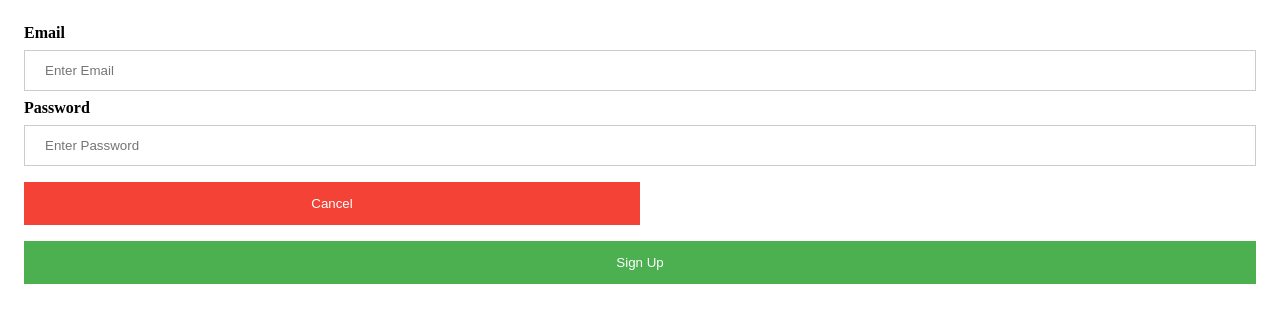
Repository: TheMadCoder1/hw-balancer
Page: HW/login.html
The author's editor kept a record of every edit. The page is drawn from the files as they stood at one moment, then again after the next edit.
The browser window is 1280 px wide. The pictures show the whole page.

Above is the page before.

After the next edit:
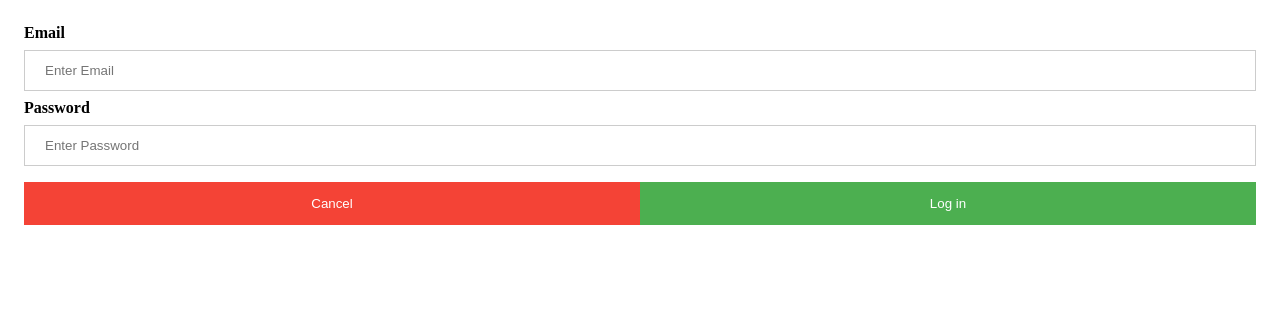
The edit:
--- a/HW/login.html
+++ b/HW/login.html
@@ -12,8 +12,8 @@
     <input type="password" placeholder="Enter Password" name="psw" required>
 
     <div class="clearfix">
-      <button type="button"  class="cancelbtn">Cancel</button>
-      <button type="submit" class="signupbtn">Sign Up</button>
+      <a href="index.html"><button type="button"  class="cancelbtn">Cancel</button></a>
+      <button type="submit" class="loginbtn">Log in</button>
     </div>
   </div>
 </form>
